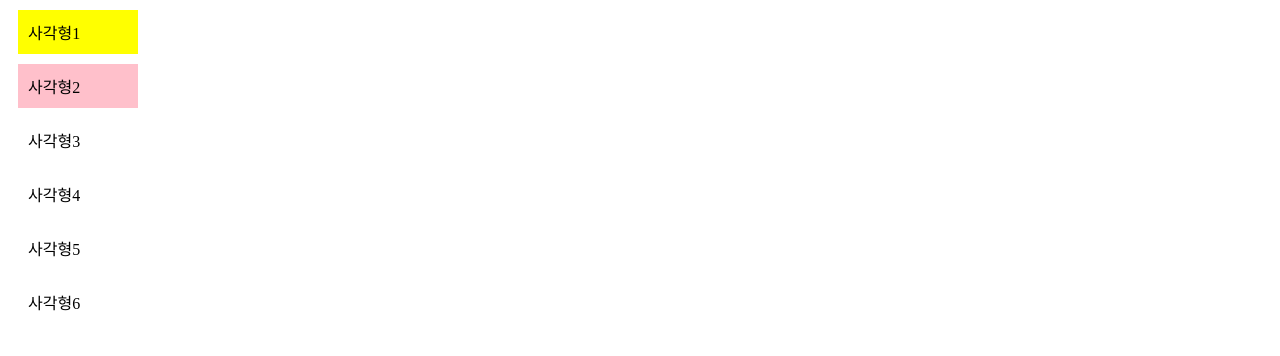
Repository: dhfkdlxm/Lecture-Web
Page: Lecture-Web/WebContent/css/exam04.html
These files come from the project's save history. The page is drawn as it stood at one moment and after the next save; the edit follows.
The browser window is 1280 px wide. The pictures show the whole page.

Above is the page before, as saved 2021-06-10 05:59:27.

After the next save:
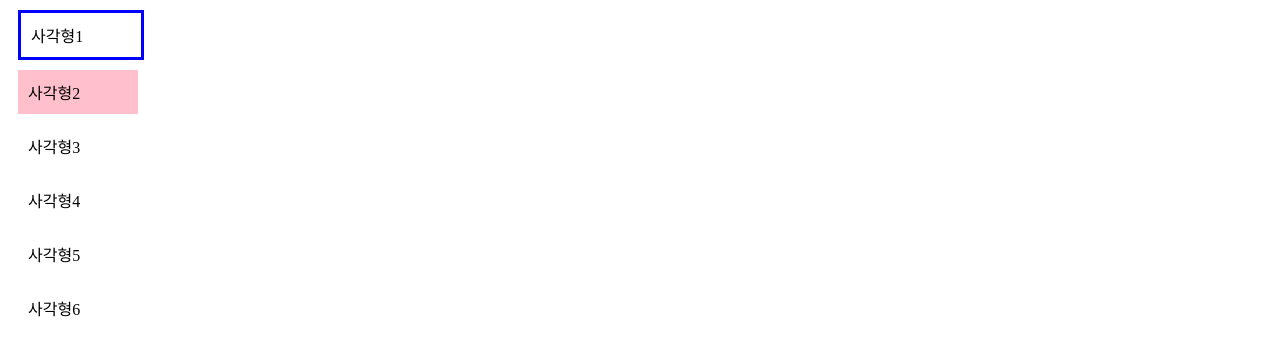
Saved 28 s later.
--- a/Lecture-Web/WebContent/css/exam04.html
+++ b/Lecture-Web/WebContent/css/exam04.html
@@ -9,12 +9,12 @@ div {
 	margin: 10px;
 	padding: 10px;
 	border-color: blue;
-	border-width: 3px
+	border-width: 3px;
+
 }
 
 #div01 {
-	background-color: yellow;
-}
+	border-style:solid}
 
 #div02 {
 	background-color: pink;
